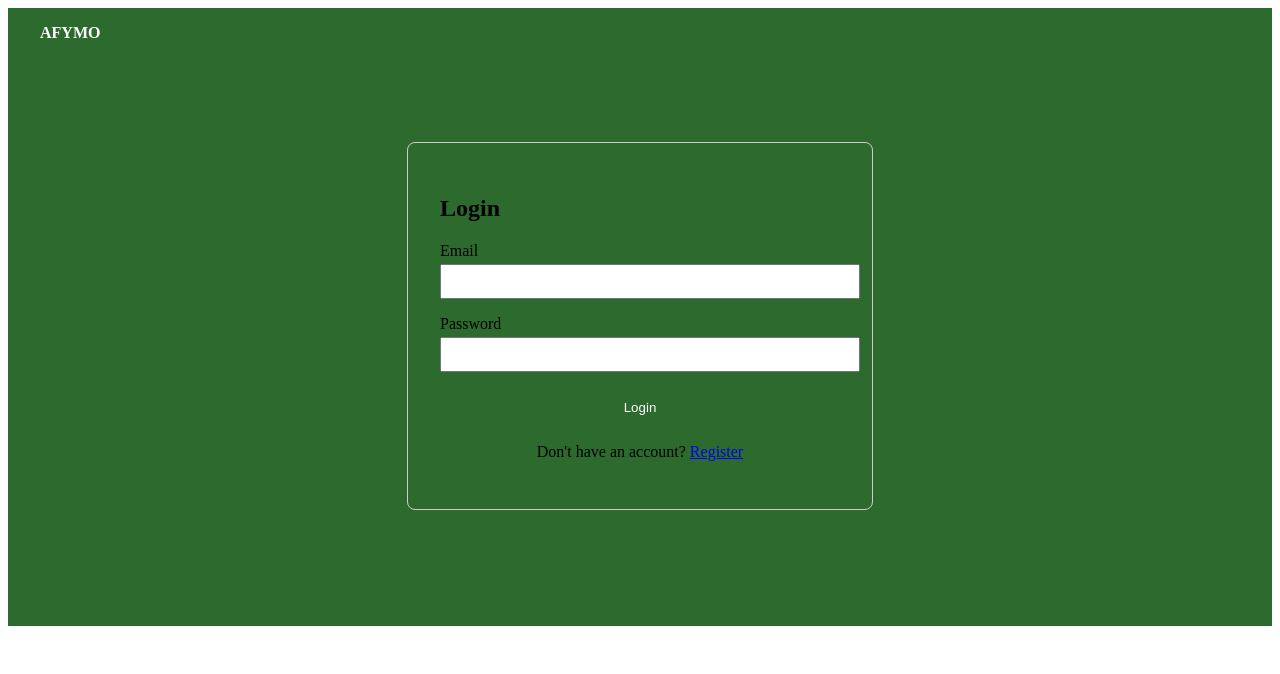
Repository: Bogo02/PhysioApp
Page: /dashboard (app in physioapp-frontend/)
The author's editor kept a copy of each file at every save. The page is drawn from the files as they stood at one save, then again after the next save.
The browser window is 1280 px wide. The pictures show the whole page.
The project was rebuilt for these pictures with package versions that can differ from the ones it lists, and the page was loaded fresh each time. Also part of the build but not shown: physioapp-frontend/vite.config.js, physioapp-frontend/src/index.css, physioapp-frontend/src/pages/Home.jsx, physioapp-frontend/src/pages/Register.jsx, physioapp-frontend/src/pages/Appointments.jsx, physioapp-frontend/src/pages/BookAppointment.jsx, physioapp-frontend/src/pages/Profile.jsx, physioapp-frontend/src/pages/Services.jsx and 2 more.

Above is the page before, as saved 2026-06-04 02:47:12.

After the next save:
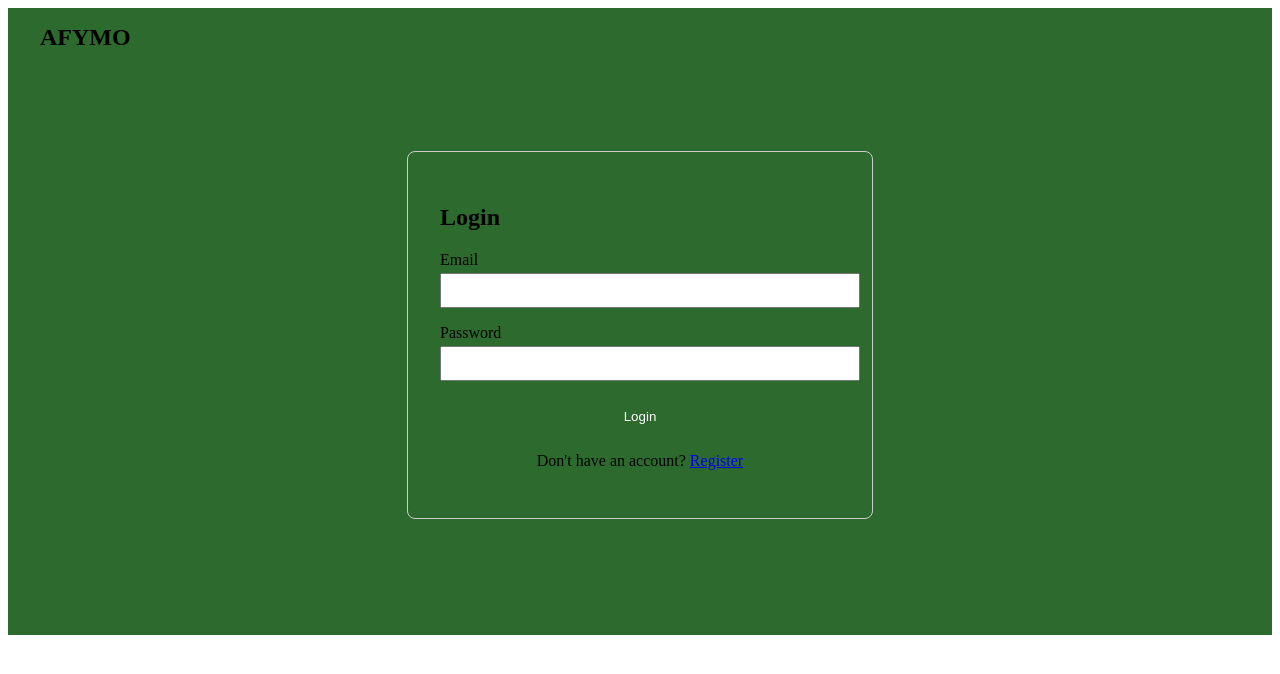
Saved 10 s later.
--- a/physioapp-frontend/src/pages/Login.jsx
+++ b/physioapp-frontend/src/pages/Login.jsx
@@ -26,7 +26,7 @@ function Login() {
 
   return (
     <div style={{ padding: '1rem 2rem', background: '#2d6a2d' }}>
-        <a href="/" style={{ color: 'white', textDecoration: 'none', fontWeight: 'bold' }}>AFYMO</a>
+        <h2 style={{ margin: 0, cursor: 'pointer' }} onClick={() => navigate('/')}>AFYMO</h2>
     <div style={{ maxWidth: '400px', margin: '100px auto', padding: '2rem', border: '1px solid #ccc', borderRadius: '8px' }}>
       <h2>Login</h2>
       {error && <p style={{ color: 'red' }}>{error}</p>}
